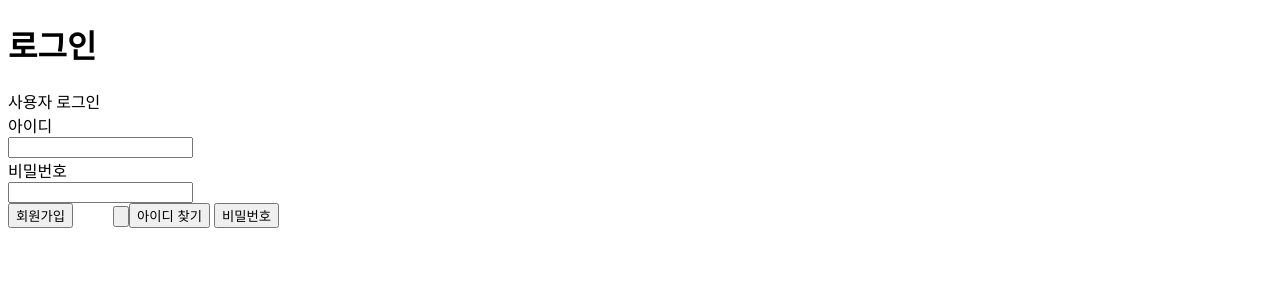
Repository: MeGuuuun/-_TableJava
Page: http://localhost/kimbanbagi/login.jsp
The author's editor kept a copy of each file at every save. The page is drawn from the files as they stood at one save, then again after the next save.
The browser window is 1280 px wide. The pictures show the whole page.
The page is served by Tomcat 10.

Above is the page before, as saved 2024-06-05 10:09:01.

After the next save:
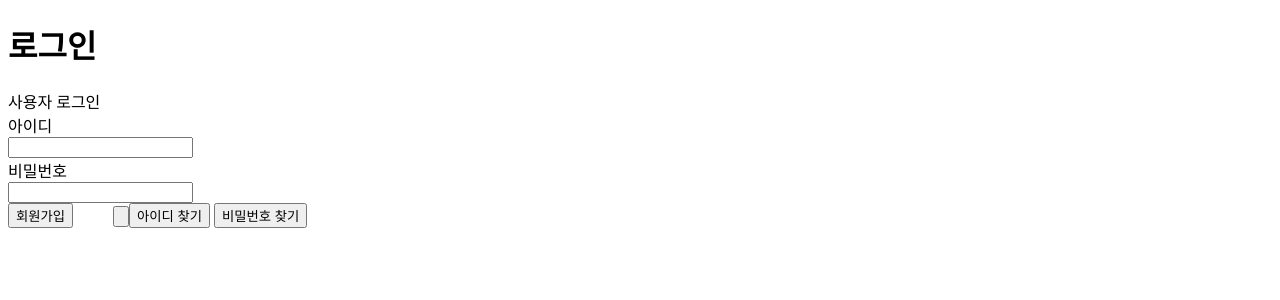
Saved 3 min 54 s later.
--- a/tableJava/kimbanbagi/WebContent/login.jsp
+++ b/tableJava/kimbanbagi/WebContent/login.jsp
@@ -17,8 +17,23 @@
 <input type="text" name="user_pwd"> <br>
 <button>회원가입</button> &ensp; &ensp; &ensp;
 <button type="submit" value="로그인"> <br>
-<button id="findID">아이디 찾기</button>
-<button id="findPW">비밀번호</button>
+<button id="findIDBtn">아이디 찾기</button>
+<button id="findPWBtn">비밀번호 찾기</button>
 </form>
+
+<script>
+	var findIdBtn = document.getElementById('findIDBtn');
+	var findPwBtn = document.getElementById('findPWBtn');
+
+	findIdBtn.addEventListener('click', function(event) {
+		event.preventDefault();
+		window.location.href="findID.jsp";
+	});
+
+	findPwBtn.addEventListener('click', function(event) {
+		event.preventDefault();
+		window.location.href="findPW.jsp";
+	});
+</script>
 </body>
 </html>
